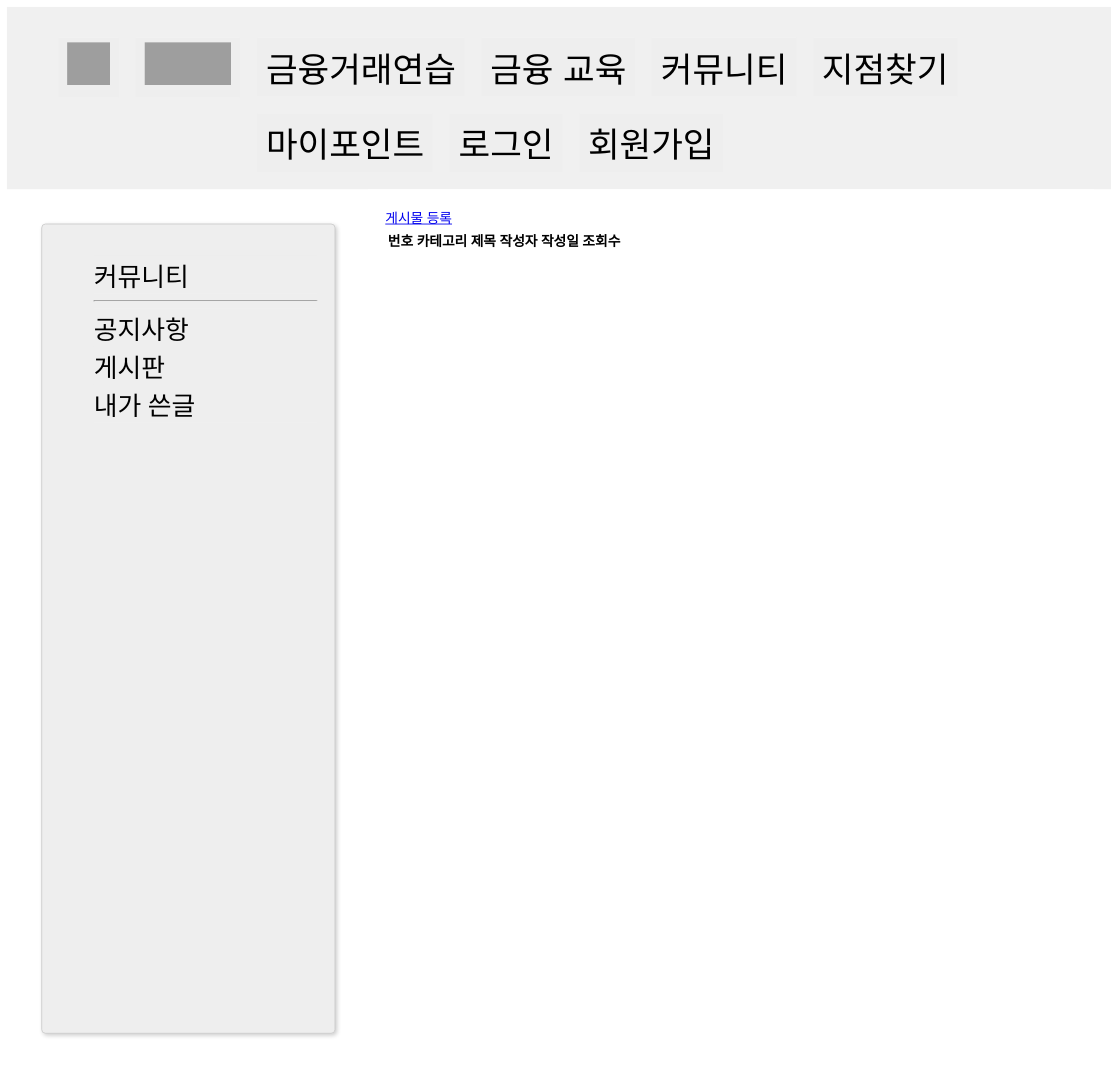
Repository: syc98syc/KB04_TeamProject
Page: http://localhost/jgig/WEB-INF/jsp/board/list.jsp
These files come from the project's save history. The page is drawn as it stood at one moment and after the next save; the edit follows.
The browser window is 1280 px wide. The page is 1292 px wide, so the pictures cover 1292 px, including what lies to the right of the window. The pictures show the whole page, at 86% of full size.
Pictures or frames that could not be fetched are drawn as grey boxes. Some web fonts or font styles are not loaded; a fallback is used. The page is served by Tomcat 9. Nobody is signed in. Other server files are loaded and not shown. The template is opened directly, without the code that normally fills it, so the values that code supplies are empty.

Above is the page before, as saved 2023-09-06 05:39:36.

### jgig/src/main/webapp/WEB-INF/jsp/board/list.jsp
<%@ page language="java" contentType="text/html; charset=UTF-8"
    pageEncoding="UTF-8"%>
<%@ taglib uri="http://java.sun.com/jsp/jstl/core" prefix="c" %>
<!DOCTYPE html>
<html>
<head>
<meta charset="UTF-8">
<title>웹게시물 목록</title>
<style>
#content {
 	margin-left: 420px; /* 사이드바 너비 + 여백만큼 오른쪽으로 밀어줍니다. */
    flex-grow: 1; /* 남은 공간을 모두 차지하도록 설정 */
    background-color: #fff; /* 배경색 설정 */
    padding: 20px; /* 내부 여백 설정 */
}
</style>
</head>
<body>
<%@ include file="../include/top_navbar.jsp" %>
<%@ include file="../include/left_navbar.jsp" %>
<div id="content">
	<a href="/board_insert_form">게시물 등록</a> <br>
	<table>
		<tr>
		<th>번호</th>
		<th>카테고리</th>
		<th>제목</th>
		<th>작성자</th>
		<th>작성일</th>
		<th>조회수</th>
		<c:forEach items="${board_list}" var="brd">
		<tr>
			<td>${brd.brd_id }</td>
			<td>${brd.brd_category }</td>
			<td><a href="board_detail?no=${brd.brd_id}">${brd.title}</a></td>
			<td>${brd.mem_id }</td>
			<td>${brd.brd_date_created }</td>
			<td>${brd.brd_view }</td>
		</tr>
		</c:forEach>
	</table>
</div>
</body>
</html>

### jgig/src/main/webapp/WEB-INF/jsp/include/top_navbar.jsp
<%@ page language="java" contentType="text/html; charset=UTF-8"
    pageEncoding="UTF-8"%>
<!DOCTYPE html>
<html>
<head>
<meta charset="UTF-8">
<title>Insert title here</title>
<style>
@import url('https://fonts.googleapis.com/css2?family=Nanum+Gothic:wght@700&display=swap');  /* 글꼴 */

/* 상단 메뉴 스타일 */
        #top-menu {
            background-color: #F0F0F0;
            color: #fff;
            padding: 10px;
            width: 100%;
             display: flex;
  justify-content: center;
        }


    #img1 {
		width: 7vmin;
		height: 7vmin;
	}


	#img2 {
		width: 14vmin;
		height: 7vmin;
	}

	#top-menu a {
    color: #000; /* 링크 글꼴 색상 설정 */
    text-decoration: none; /* 링크 밑줄 제거 */
}

	#top-menu ul{
		list-style: none;
	}
	#top-menu li{
		font-family: 'Nanum Gothic', sans-serif;
		float: left;
		background: #eee;
		padding:5px 10px;
		font-size: 40px;
		margin: 10px;
	}
</style>
</head>
<body>
	<div id = "top-menu">
		<nav>
				<ul>
					<li><img id="img1" src="resources/img/KB.png"></li>
					<li><img id="img2" src="resources/img/지금입금.png"></li>
					<li class="menu1"><a href="#">금융거래연습</a></li>
					<li class="menu2"><a href="#">금융 교육</a></li>
					<li class="menu3"><a href="#">커뮤니티</a></li>
					<li class="menu4"><a href="#">지점찾기</a></li>
					<li class="menu5"><a href="#">마이포인트</a></li>
					<li class="menu6"><a href="#">로그인</a></li>
					<li class="menu7"><a href="#">회원가입</a></li>
				</ul>
		</nav>
	</div>

</body>
</html>

### jgig/src/main/webapp/WEB-INF/jsp/include/left_navbar.jsp
<%@ page language="java" contentType="text/html; charset=UTF-8"
    pageEncoding="UTF-8"%>
<!DOCTYPE html>
<html>
<head>
<meta charset="UTF-8">
<title>Insert title here</title>
<style>
/* 좌측 사이드바 스타일 */
#sidebar {
    width: 300px; /* 박스 컨테이너의 너비 설정 */
    height: 900px; /* 박스 컨테이너의 높이 설정 */
    background-color: #eee; /* 배경색 설정 */
    color: #000; /* 글꼴 색상 설정 */
    padding: 20px; /* 내부 여백 설정 */
    border: 1px solid #ccc; /* 박스 컨테이너의 테두리 설정 */
    border-radius: 5px; /* 박스 컨테이너의 모서리를 둥글게 설정 */
    box-shadow: 2px 2px 5px rgba(0, 0, 0, 0.2); /* 그림자 효과 추가 */
    line-height: normal;
    display: inline-block;
    vertical-align: middle;
    margin: 40px;
    float: left; /*왼쪽에 떠있게*/
}

/* 좌측 사이드바 링크 스타일 */
#sidebar a {
    color: #000; /* 링크 글꼴 색상 설정 */
    text-decoration: none; /* 링크 밑줄 제거 */
}

/* 좌측 사이드바 링크 호버 스타일 */
#sidebar a:hover {
    text-decoration: underline; /* 호버 상태에서 밑줄 추가 */
}

/* 좌측 사이드바 제목 스타일 */
#sidebar h2 {
    font-size: 24px; /* 제목 글꼴 크기 설정 */
}
	ul{
		list-style: none;
	}
	li{
		display: block; /* 각 <li> 요소를 한 줄에 하나씩 표시 */
		background: #eee;
		font-size: 30px;
	}
</style>
</head>
<body>
	<div id = "sidebar">
		<nav>
				<ul>
					<li>커뮤니티</li> <hr>
					<li class="menu1"><a href="#">공지사항</a></li>
					<li class="menu2"><a href="#">게시판</a></li>
					<li class="menu3"><a href="#">내가 쓴글</a></li>
				</ul>
		</nav>
	</div>

</body>
</html>

After the next save:
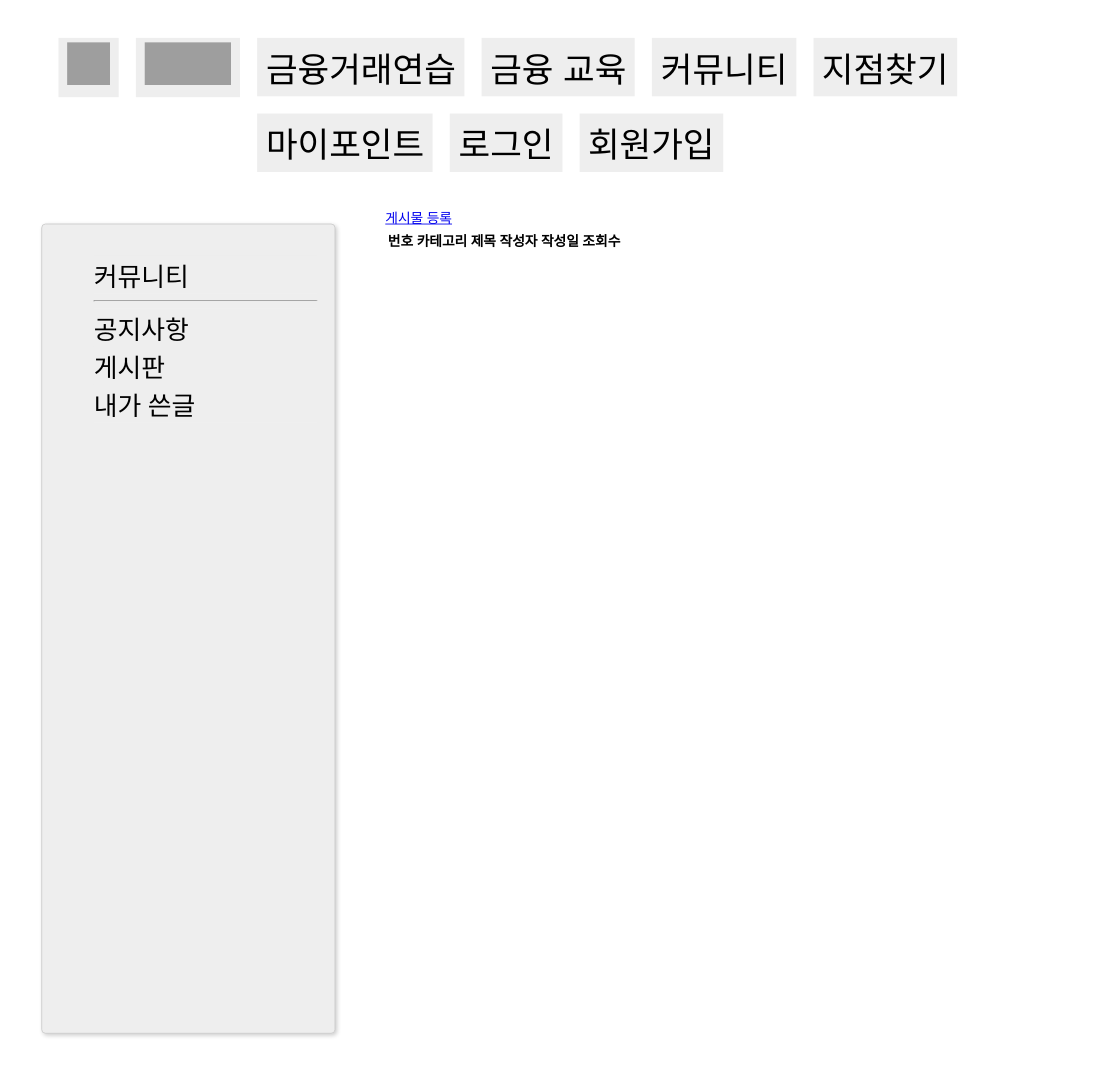
Saved 33 s later.
--- a/jgig/src/main/webapp/WEB-INF/jsp/include/top_navbar.jsp
+++ b/jgig/src/main/webapp/WEB-INF/jsp/include/top_navbar.jsp
@@ -10,7 +10,7 @@
 
 /* 상단 메뉴 스타일 */
         #top-menu {
-            background-color: #F0F0F0;
+            background-color: #FFFFFF;
             color: #fff;
             padding: 10px;
             width: 100%;
